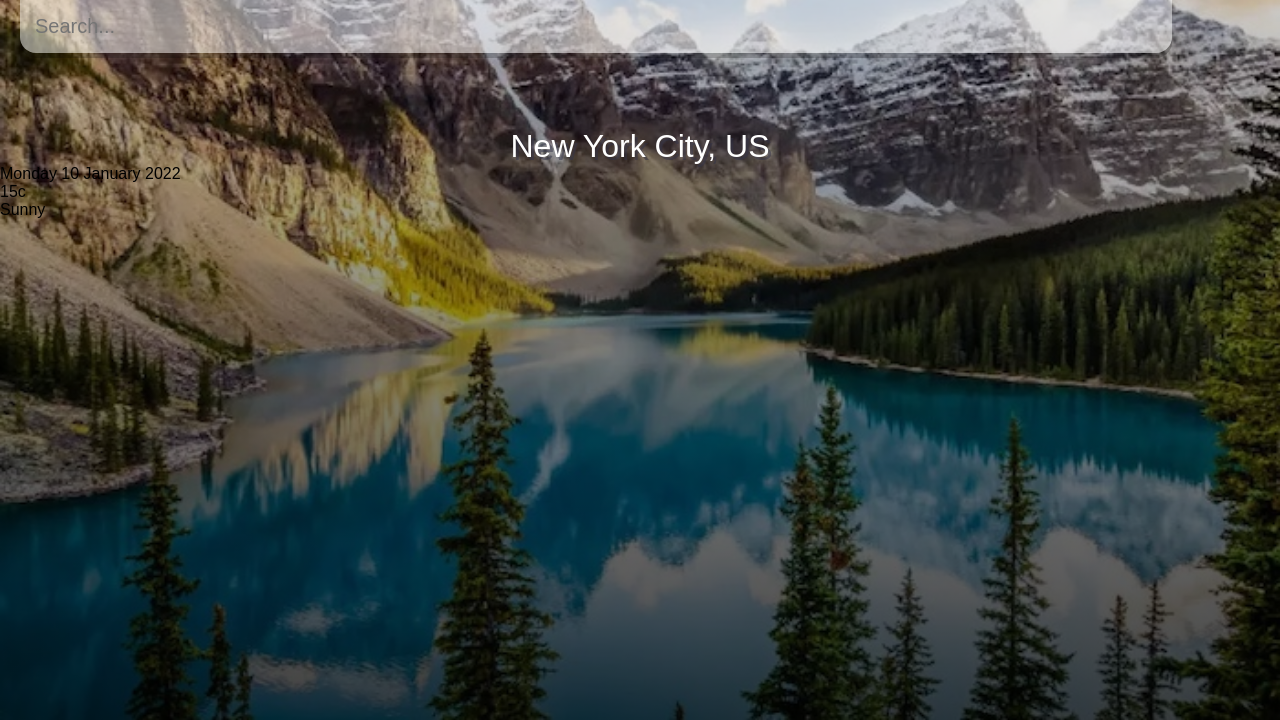
Repository: K-TT/WeatherApp
Page: /
An editor plug-in stored every save of this project. The page is shown before and after the next save, followed by the edit.
The browser window is 1280 px wide. The pictures show the whole page.
The project was rebuilt for these pictures with package versions that can differ from the ones it lists, and the page was loaded fresh each time.

Above is the page before, as saved 2022-01-13 23:36:13.

### src/index.css
* {
    margin: 0;
    padding: 0;
    box-sizing: border-box;
}

body {
    font-family: sans-serif;
}

.app {
    background-image: url(./assets/snowy_mountains.jpeg);
    background-size: cover;
    background-position: bottom;
    transition: 0.4 case-out;
    width: 100%;
}

.app.warm {
    background-image: url(./assets/summer_mountains.jpg);
}

main {
    min-height: 100vh;
    background-image: linear-gradient(to bottom, rgba(0, 0, 0, 0.2), rgba(0, 0, 0, 0.75))
}

.search-box {
    width: 100%;
    margin: 0px 0px 75px 0px;
}

.search-box .search-bar {
    display: block;
    width: 90%;
    padding: 15px;
    appearance: none;
    background: none;
    border: none;
    outline: none;
    background-color: rgba(255, 255, 255, 0.5);
    border-radius: 0px 0px 16px 16px;
    margin: 0px 20px 0px 20px;
    box-shadow: 0px 5px rgba(0, 0, 0, 0.2);
    color: #313131;
    font-size: 20px;
    transition: 0.4s ease;
}

.search-box .search-bar:focus {
    background-color: rgba(255, 255, 255, 0.75);
}

.location-box .location {
    color: #FFF;
    font-size: 32px;
    font-weight: 500;
    text-align: center;
    text-shadow: 3px 3px rgba(50, 50, 70, 0.5);
}

### src/App.js
import React from 'react';
const api = {
  key: "9820c5639a4f86f59ebb8b89ceffe3b0",
  base: "https://api.openweathermap.org/data/2.5/"
}

function App() {

  const dateBuilder = (d) => {
    let months = ["January", "February", "March", "April", "May",
      "June", "July", "August", "September", "October", "November", "December"];
    let days = ["Sunday", "Monday", "Tuesday", "Wednesday", "Thursday", "Friday", "Saturday"];
    let day = days[d.getDay()];
    let date = d.getDate();
    let month = months[d.getMonth()];
    let year = d.getFullYear();

    return `${day} ${date} ${month} ${year}`
  }

  return (
    <div className="app warm">
      <main>
        <div className="search-box">
          <input
            type="text"
            className="search-bar"
            placeholder="Search..."
          />
        </div>
        <div className="location-box">
          <div className="location">New York City, US</div>
          <div className="date">{ dateBuilder(new Date())}</div>
        </div>

        <div className="weather-box">
          <div className="temp">
            15c
          </div>
          <div className="weather">Sunny</div>
        </div>
      </main>
    </div>
    );
}

export default App;

Loaded but not shown: public/index.html (common file); src/index.js (common file); src/reportWebVitals.js (common file)

After the next save:
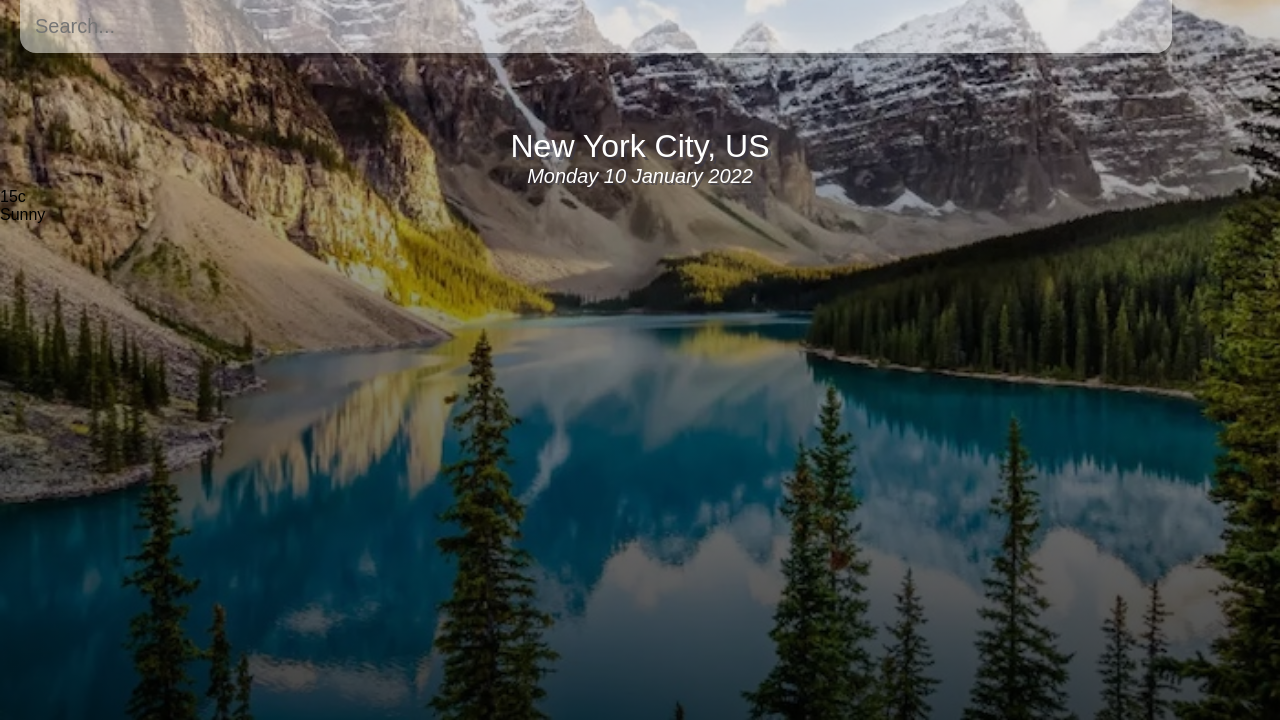
Saved 79 s later.
--- a/src/index.css
+++ b/src/index.css
@@ -58,3 +58,21 @@ main {
     text-align: center;
     text-shadow: 3px 3px rgba(50, 50, 70, 0.5);
 }
+
+.location-box .date {
+    color: #FFF;
+    font-size: 20px;
+    font-weight: 300;
+    font-style: italic;
+    text-align: center;
+    text-shadow: 2px 2px rgba(50, 50, 70, 0.5);
+}
+
+.location-box .date {
+    color: #FFF;
+    font-size: 20px;
+    font-weight: 300;
+    font-style: italic;
+    text-align: center;
+    text-shadow: 2px 2px rgba(50, 50, 70, 0.5);
+}
